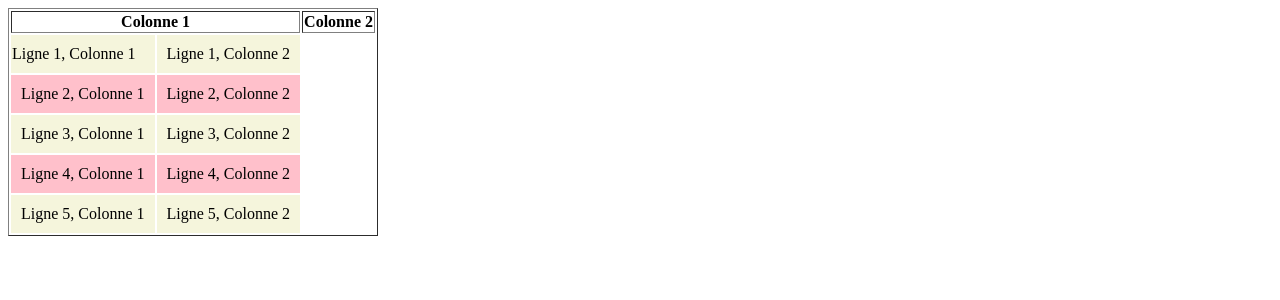
Repository: Chaimaa482/web-tp4
Page: ex1.html
The author's editor kept a copy of each file at every save. The page is drawn from the files as they stood at one save, then again after the next save.
The browser window is 1280 px wide. The pictures show the whole page.

Above is the page before, as saved 2023-10-22 15:33:53.

After the next save:
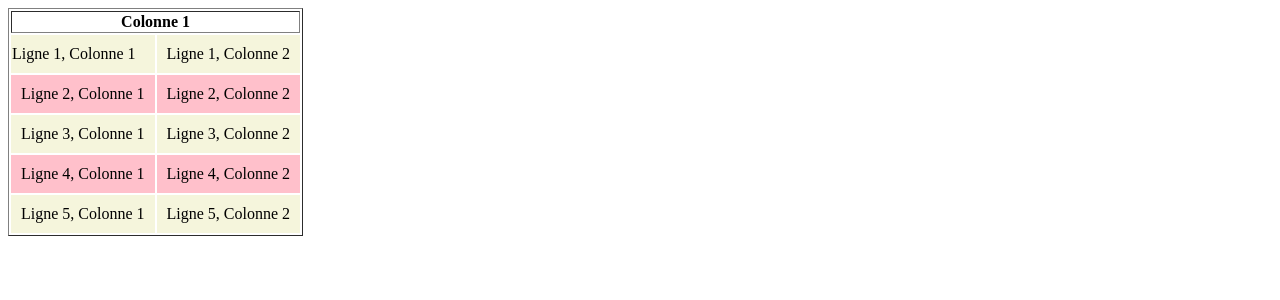
Saved 14 s later.
--- a/ex1.html
+++ b/ex1.html
@@ -6,7 +6,7 @@
     <table id="myTable" border="1">
         <tr>
             <th>Colonne 1</th>
-            <th>Colonne 2</th>
+
         </tr>
         <tr>
             <td>Ligne 1, Colonne 1</td>
